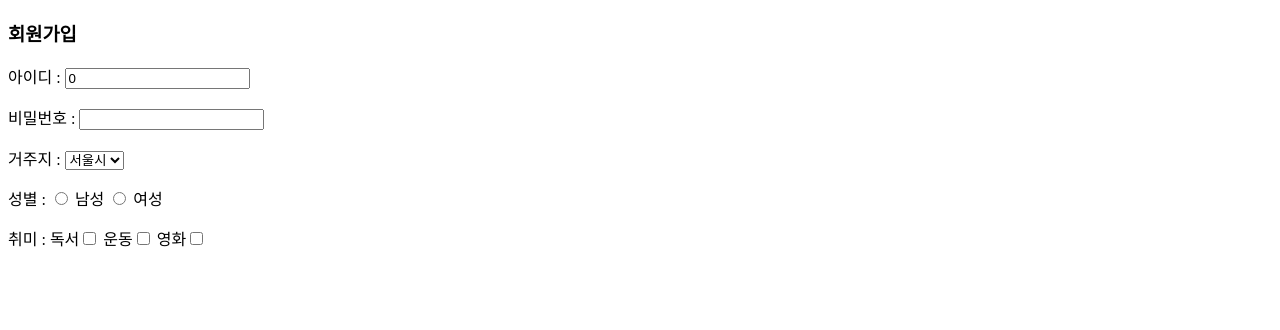
Repository: kwonminji-v/Back_Java_Spring
Page: http://localhost/chap07/member
These files come from the project's save history. The page is drawn as it stood at one moment and after the next save; the edit follows.
The browser window is 1280 px wide. The pictures show the whole page.
The page is served by Tomcat 9.

Above is the page before, as saved 2023-07-12 01:40:40.

After the next save:
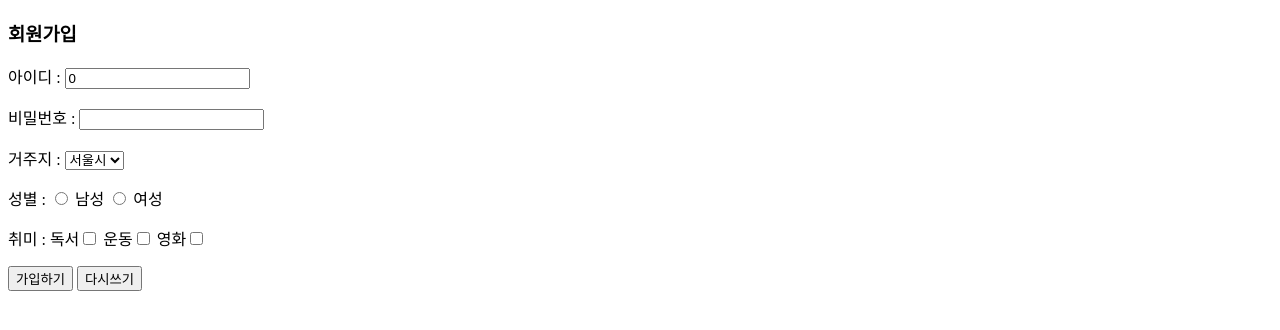
Saved 36 s later.
--- a/SpringSTS/chap07/src/main/webapp/WEB-INF/views/webpage07_01.jsp
+++ b/SpringSTS/chap07/src/main/webapp/WEB-INF/views/webpage07_01.jsp
@@ -25,6 +25,8 @@
 		<p> 취미 : 독서<form:checkbox path="hobby" value="독서" />
 				  운동<form:checkbox path="hobby" value="운동" />
 	              영화<form:checkbox path="hobby" value="영화" />
+	    <p><input type="submit" value="가입하기"/>
+	    	<input type="reset" value="다시쓰기"/>
 	</form:form>
 </body>
 </html>
